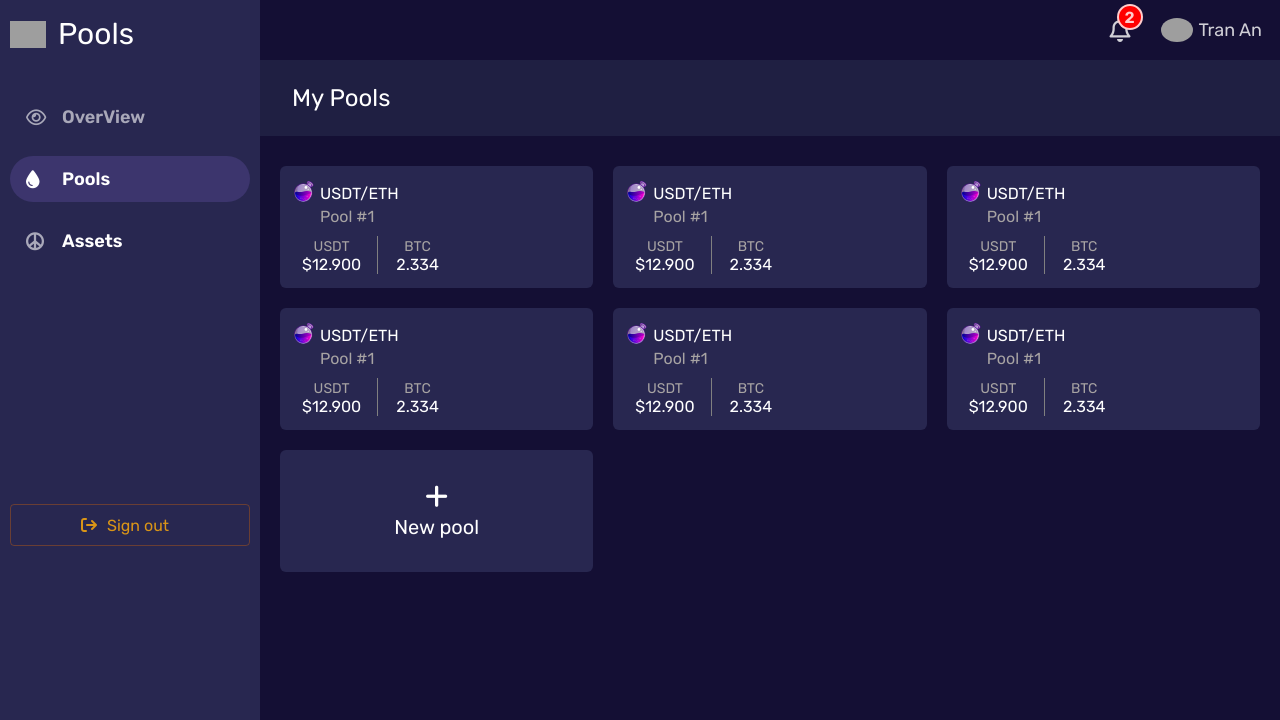
Repository: quynh232000/pools
Page: pool.html
These files come from the project's save history. The page is drawn as it stood at one moment and after the next save; the edit follows.
The browser window is 1280 px wide. The pictures show the whole page.
The pointer rests on the first visible `.p-content-item`.
Pictures or frames that could not be fetched are drawn as grey boxes.

Above is the page before, as saved 2023-07-13 23:28:24.

After the next save:
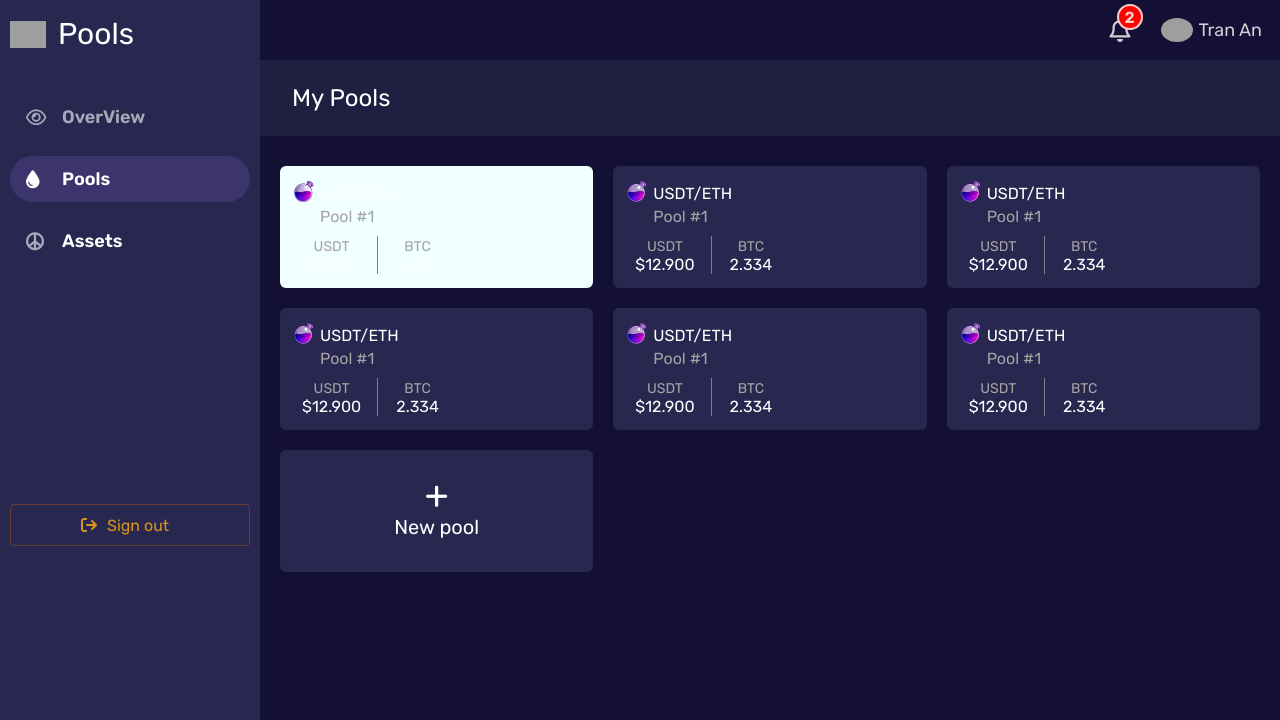
Saved 76 s later.
--- a/src/css/pool.css
+++ b/src/css/pool.css
@@ -12,6 +12,9 @@
     border-radius: 6px;
     background-color: var(--bg-item-color);
     padding: 14px;
+}
+.p-content-item:hover{
+    background-color: azure;
 }
 .p-content-item-top{
     display: flex;

After the save that followed:
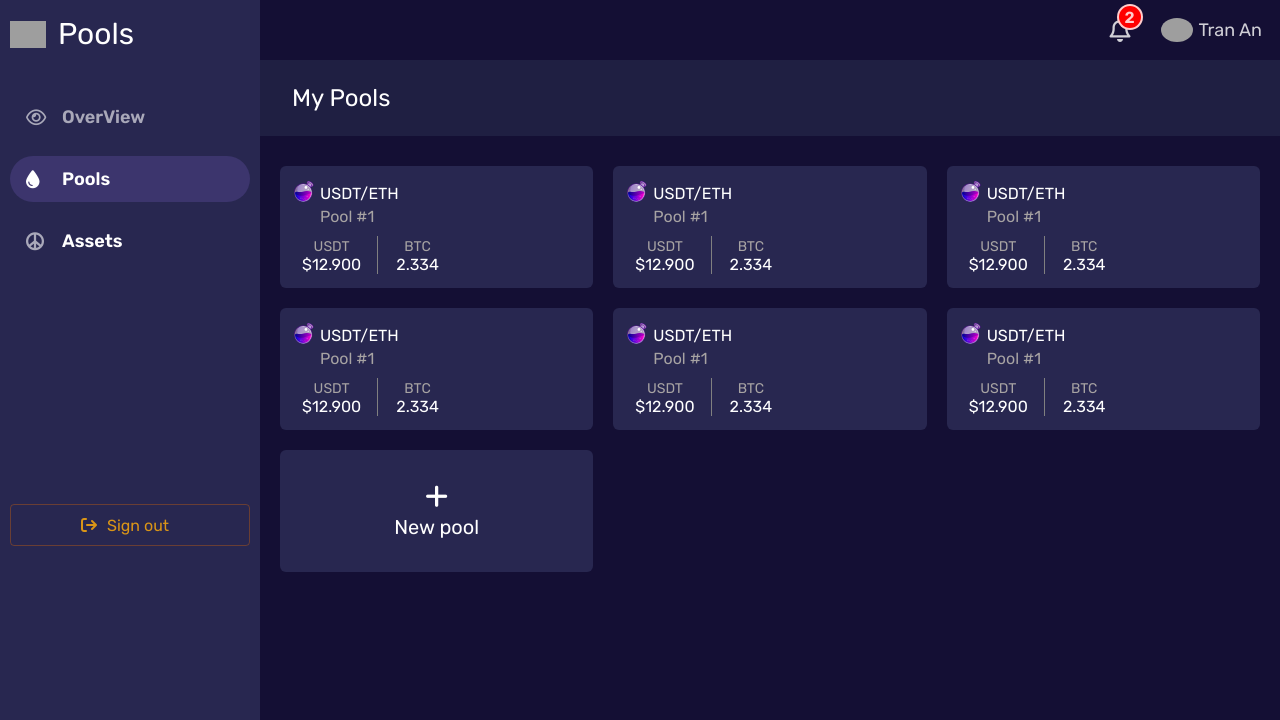
Saved 29 s later.
--- a/src/css/pool.css
+++ b/src/css/pool.css
@@ -14,7 +14,7 @@
     padding: 14px;
 }
 .p-content-item:hover{
-    background-color: azure;
+    background-color: #282750;
 }
 .p-content-item-top{
     display: flex;
